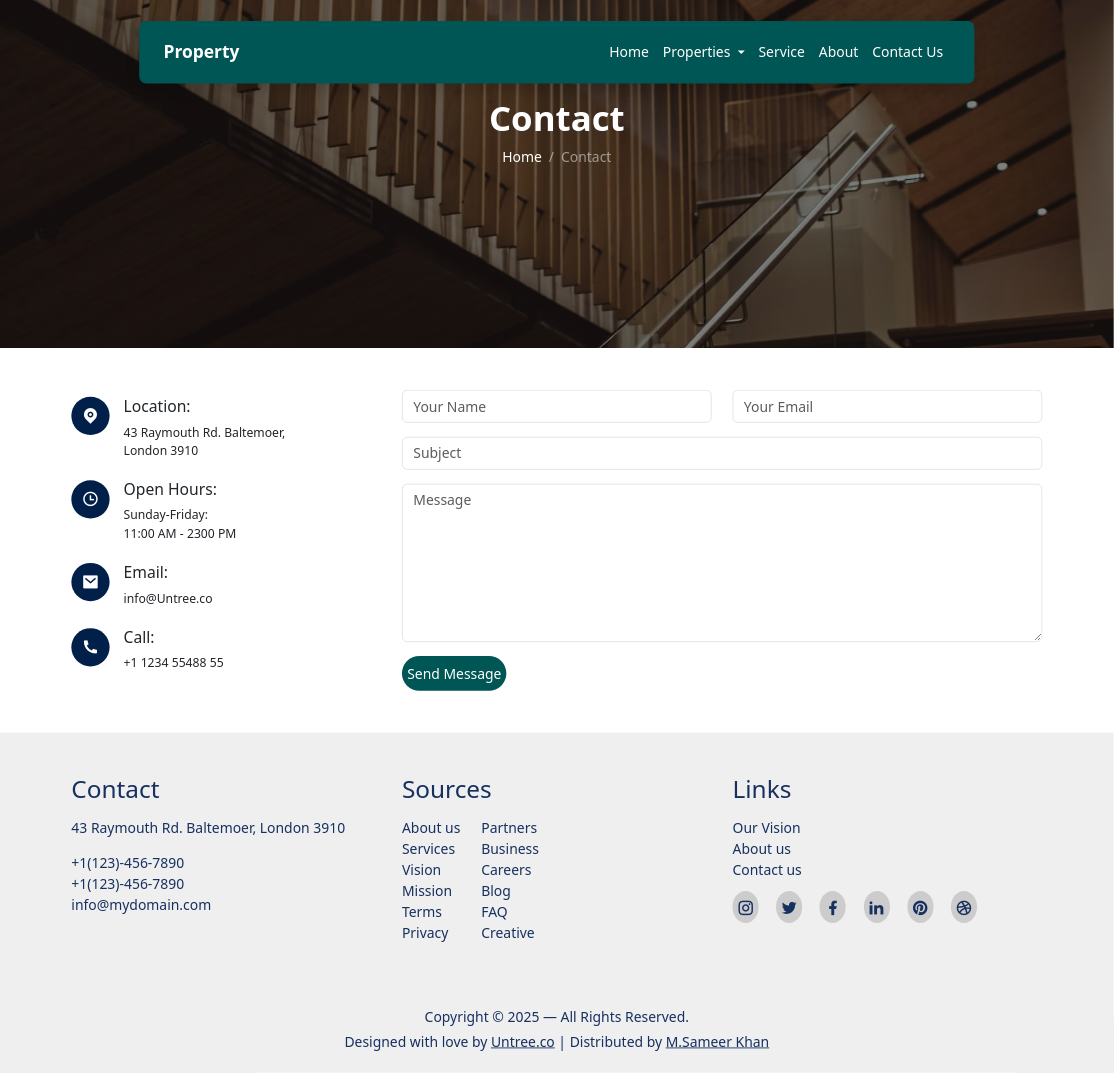
Repository: sameerrrrkhan911-git/Property
Page: contact.html
The author's editor kept a copy of each file at every save. The page is drawn from the files as they stood at one save, then again after the next save.
The browser window is 1280 px wide. The pictures show the whole page, at 87% of full size.
Some web libraries are served in a nearby version.

Above is the page before, as saved 2025-09-28 21:44:41.
Console error: TypeError: Cannot read properties of undefined (reading 'length')

### contact.html
<!DOCTYPE html>
<html lang="en">

<head>
    <meta charset="utf-8">
    <meta name="viewport" content="width=device-width, initial-scale=1">
    <title>Property</title>

    <!--====== LINKS ========-->
    <link href="https://cdn.jsdelivr.net/npm/bootstrap@5.3.8/dist/css/bootstrap.min.css" rel="stylesheet">
    <link
        href="https://fonts.googleapis.com/css2?family=Montserrat:wght@400;600&family=Open+Sans:wght@400;600&display=swap"
        rel="stylesheet">
    <link href="https://unpkg.com/aos@2.3.1/dist/aos.css" rel="stylesheet">
    <link href="https://cdn.jsdelivr.net/npm/remixicon@4.5.0/fonts/remixicon.css" rel="stylesheet">
    <link href="https://cdnjs.cloudflare.com/ajax/libs/tiny-slider/2.9.4/tiny-slider.css" rel="stylesheet">
    <link rel="stylesheet" href="assets/css/style2.css">
    <link rel="stylesheet" href="assets/css/style.css">

</head>

<body>

    <!--=====HEADER=====-->
    <header>
        <section id="Right-Step">
            <div class="bg-holder overlay overlay-elixir">
            </div>

            <!-- Navbar -->
            <nav
                class="navbar navbar-expand-lg green-color p-3 mt-4 sticky-top position-absolute top-0 start-50 translate-middle-x w-75 rounded-3 shadow">
                <div class="container-fluid">
                    <!-- Brand -->
                    <a class="navbar-brand text-white fw-bold" href="#">Property</a>

                    <!-- Toggler for Mobile -->
                    <button class="navbar-toggler bg-light" type="button">
                        <span class="navbar-toggler-icon"></span>
                    </button>

                    <!-- Navbar Links -->
                    <div class="collapse navbar-collapse" id="navbarNavDropdown">
                        <ul class="navbar-nav ms-auto">
                            <li class="nav-item">
                                <a class="nav-link text-white active" aria-current="page" href="index.html">Home</a>
                            </li>
                            <li class="nav-item dropdown">
                                <a class="nav-link dropdown-toggle text-white" href="#" role="button"
                                    data-bs-toggle="dropdown" aria-expanded="false">
                                    Properties
                                </a>
                                <ul class="dropdown-menu">
                                    <li><a class="dropdown-item" href="#">Action</a></li>
                                    <li><a class="dropdown-item" href="#">Another action</a></li>
                                    <li><a class="dropdown-item" href="#">Something else here</a></li>
                                </ul>
                            </li>
                            <li class="nav-item"><a class="nav-link text-white" href="service.html">Service</a></li>
                            <li class="nav-item"><a class="nav-link text-white" href="about.html">About</a></li>
                            <li class="nav-item"><a class="nav-link text-white" href="contact.html">Contact Us</a></li>
                        </ul>
                    </div>
                </div>
            </nav>

            <!--/.bg-holder-->
            <div class="forbg py-5">
                <div class="container">

                    <div class="row justify-content-center align-items-center">
                        <div class="col-lg-9 text-center mt-5">
                            <h1 class="heading aos-init aos-animate white mt-3 fw-bold" data-aos="fade-up">Contact</h1>

                            <nav aria-label="breadcrumb" data-aos="fade-up" data-aos-delay="200"
                                class="aos-init aos-animate">
                                <ol class="breadcrumb text-center justify-content-center">
                                    <li class="breadcrumb-item"><a href="index.html" style="color: white;">Home</a></li>
                                    <li class="ms-2 me-2 text-white-50" aria-current="page">
                                        /
                                    </li>
                                    <li class="breadcrumb-item active text-white-50" aria-current="page">
                                        Contact
                                    </li>
                                </ol>
                            </nav>
                        </div>
                    </div>
                </div>
            </div><!-- end of .container-->
        </section>
    </header>

    <!--====MAIN====-->

    <main>

<div class="section py">
      <div class="container">
        <div class="row py-5">
          <div class="col-lg-4 mb-5 mb-lg-0 aos-init aos-animate" data-aos="fade-up" data-aos-delay="100">
            <div class="contact-info">
              <div class="address mt-2">
               <i class="ri-map-pin-fill"></i>

                <h4 class="mb-2">Location:</h4>
                <p>
                  43 Raymouth Rd. Baltemoer,<br>
                  London 3910
                </p>
              </div>

              <div class="open-hours mt-4">
                <i class="ri-time-line"></i>
                <h4 class="mb-2">Open Hours:</h4>
                <p>
                  Sunday-Friday:<br>
                  11:00 AM - 2300 PM
                </p>
              </div>

              <div class="email mt-4">
               <i class="ri-mail-fill"></i>
                <h4 class="mb-2">Email:</h4>
                <p>info@Untree.co</p>
              </div>

              <div class="phone mt-4">
                <i class="ri-phone-fill"></i>
                <h4 class="mb-2">Call:</h4>
                <p>+1 1234 55488 55</p>
              </div>
            </div>
          </div>
          <div class="col-lg-8 aos-init aos-animate" data-aos="fade-up" data-aos-delay="200">
            <form action="#">
              <div class="row">
                <div class="col-6 mb-3">
                  <input type="text" class="form-control" placeholder="Your Name">
                </div>
                <div class="col-6 mb-3">
                  <input type="email" class="form-control" placeholder="Your Email">
                </div>
                <div class="col-12 mb-3">
                  <input type="text" class="form-control" placeholder="Subject">
                </div>
                <div class="col-12 mb-3">
                  <textarea name="" id="" cols="30" rows="7" class="form-control" placeholder="Message"></textarea>
                </div>

                <div class="col-12">
                  <input type="submit" value="Send Message" class="green-color rounded-pill border-0 white py-2">
                </div>
              </div>
            </form>
          </div>
        </div>
      </div>
    </div>

    </main>

    <!-- FOOTER -->
    <footer class="greyy py-5 pb-4 grey">

        <div class="container">
            <div class="row">

                <!-- Contact -->
                <div class="col-lg-4 col-md-6 mb-4">
                    <h3 class="mb-3 font-color">Contact</h3>
                    <address class="mb-3 font-color">43 Raymouth Rd. Baltemoer, London 3910</address>
                    <ul class="list-unstyled">
                        <li><a href="tel://11234567890" class=" text-decoration-none"
                                style="color: #163060;">+1(123)-456-7890</a></li>
                        <li><a href="tel://11234567890" class=" text-decoration-none"
                                style="color: #163060;">+1(123)-456-7890</a></li>
                        <li><a href="mailto:info@mydomain.com" class=" text-decoration-none"
                                style="color: #163060;">info@mydomain.com</a></li>
                    </ul>
                </div>

                <!-- Sources -->
                <div class="col-lg-4 col-md-6 mb-4">
                    <h3 class="mb-3 font-color">Sources</h3>
                    <div class="d-flex">
                        <ul class="list-unstyled me-4">
                            <li><a href="#" class="font-color text-decoration-none">About us</a></li>
                            <li><a href="#" class="font-color text-decoration-none">Services</a></li>
                            <li><a href="#" class="font-color text-decoration-none">Vision</a></li>
                            <li><a href="#" class="font-color text-decoration-none">Mission</a></li>
                            <li><a href="#" class="font-color text-decoration-none">Terms</a></li>
                            <li><a href="#" class="font-color text-decoration-none">Privacy</a></li>
                        </ul>
                        <ul class="list-unstyled">
                            <li><a href="#" class="font-color text-decoration-none">Partners</a></li>
                            <li><a href="#" class="font-color text-decoration-none">Business</a></li>
                            <li><a href="#" class="font-color text-decoration-none">Careers</a></li>
                            <li><a href="#" class="font-color text-decoration-none">Blog</a></li>
                            <li><a href="#" class="font-color text-decoration-none">FAQ</a></li>
                            <li><a href="#" class="font-color text-decoration-none">Creative</a></li>
                        </ul>
                    </div>
                </div>

                <!-- Links & Social -->
                <div class="col-lg-4 col-md-12 mb-4">
                    <h3 class="mb-3 font-color">Links</h3>
                    <ul class="list-unstyled">
                        <li><a href="#" class="font-color text-decoration-none">Our Vision</a></li>
                        <li><a href="#" class="font-color text-decoration-none">About us</a></li>
                        <li><a href="#" class="font-color text-decoration-none">Contact us</a></li>
                    </ul>

                    <!-- Social icons -->
                    <div class="mt-3">
                        <a href="#" class="font-color me-3 fs-5 roundd text-color dark-grey"><i
                                class="ri-instagram-line"></i></a>
                        <a href="#" class="font-color me-3 fs-5 roundd dark-grey"><i class="ri-twitter-fill"></i></a>
                        <a href="#" class="font-color me-3 fs-5 roundd dark-grey"><i class="ri-facebook-fill"></i></a>
                        <a href="#" class="font-color me-3 fs-5 roundd dark-grey"><i class="ri-linkedin-fill"></i></a>
                        <a href="#" class="font-color me-3 fs-5 roundd dark-grey"><i class="ri-pinterest-fill"></i></a>
                        <a href="#" class="font-color fs-5 roundd dark-grey"><i class="ri-dribbble-line"></i></a>
                    </div>
                </div>

            </div>

            <hr class="border-light">

            <!-- Copyright -->
            <div class="row">
                <div class="col-12 text-center">
                    <p class="mb-1 font-color">
                        Copyright ©
                        <script>document.write(new Date().getFullYear());</script> — All Rights Reserved.
                    </p>
                    <p class="mb-0 font-color">
                        Designed with love by <a href="https://untree.co"
                            class="font-color text-decoration-underline">Untree.co</a>
                        | Distributed by <a href="https://themewagon.com/" target="_blank"
                            class="font-color text-decoration-underline">M.Sameer Khan</a>
                    </p>
                </div>
            </div>

        </div>

    </footer>

    <!-- Bootstrap JS -->
    <script src="https://cdn.jsdelivr.net/npm/bootstrap@5.3.8/dist/js/bootstrap.bundle.min.js"></script>
    <!-- AOS JS -->
    <script src="https://unpkg.com/aos@2.3.1/dist/aos.js"></script>

    <script>
        AOS.init({
            duration: 1000,
            once: true
        });
    </script>

    <script src="https://cdnjs.cloudflare.com/ajax/libs/tiny-slider/2.9.4/min/tiny-slider.js"></script>

    <script>
        var slider = tns({
            container: '.property-slider',
            items: 3,
            slideBy: 1,
            autoplay: false,
            controls: true,
            nav: false,
            gutter: 20,
            controlsContainer: '.slider-controls',
            prevButton: '.prev',
            nextButton: '.next',
            responsive: {
                0: { items: 1 },
                768: { items: 2 },
                1200: { items: 3 }
            }
        });
    </script>

</body>

</html>

### assets/css/style.css
/* ==============================
   Root Variables
=================================*/
:root {
  --green-color: #005555;
   --heading-color: #2a3855;
}

.green-color {
  background-color: var(--green-color);
}

.green{
  color: var(--green-color);
}

.black{
  color: black;
}

.para{
  text-align: left;
}

.heading-color{
  color: var(--heading-color);
}

.z-9 {
  z-index: 9 !important;
}

.white {
  color: white;
}

.green-line{
   height: 2px;
  width: 120px;
 background-color: var(--green-color);
 margin-bottom: 10px;
}

.black-line{
   height: 2px;
  width: 80px;
 background-color: black;
 margin: 10px auto;
}

.white-bg{
  background-color: white;
}

.fs-6{
  font-size: 5px;
}

.marginn{
  margin-bottom: 30px;
}

.a{
  text-decoration: none;
}


.dark-grey{
  background-color: #cccccc;
}

.text-color{
  color: #909ba6;
}
/* ==============================
Header
=================================*/


/* Hero background */
.hero-header {
  background-image: url("../images/hero_bg_3.jpg") !important;
  background-repeat: no-repeat;
  background-position: center center;
  background-size: cover;
  min-height: 100vh;
  position: relative;
  display: flex;
  align-items: center;
}



/* Overlay */
.hero-header::before {
  content: "";
  position: absolute;
  top: 0;
  left: 0;
  width: 100%;
  height: 100%;
  background: rgba(0, 0, 0, 0.5);
  z-index: 0;
}

/* Keep hero text above overlay */
.hero {
  position: relative;
  z-index: 1;
}

/* White text */
.white {
  color: #fff !important;
}

/* Responsive adjustments */
@media (max-width: 768px) {
  nav.navbar {
    width: 90% !important;
    margin-top: 1rem !important;
    padding: 0.75rem 1rem !important;
  }

  .hero h1 {
    font-size: 1.75rem;
    line-height: 1.3;
  }

  .hero form {
    flex-direction: column !important;
    gap: 0.75rem;
  }

  .hero input {
    width: 100% !important;
  }

  .hero button {
    width: 100% !important;
  }
}

@media (max-width: 576px) {
  .hero h1 {
    font-size: 1.5rem;
  }
}

/* Popular properties */

.property-slider {
  overflow: hidden;
}

.property-item {
  background: #fff;
  border-radius: 8px;
  overflow: hidden;
}

.property-content {
  background: #fff;
  border-radius: 8px;
}

/* Features */

.features-1 {
    padding-top: 30px;
    position: relative;
    z-index: 8;
    text-align: center;
    background-color: rgba(0, 32, 74, 0.05);
}

/* ==========================
   Testimonials Section
========================== */

.sec-testimonials .heading {
  font-size: 2rem;
  font-weight: 700;
}

/* Prev/Next buttons */
#testimonial-nav {
  display: flex;
  gap: 10px;
}

#testimonial-nav span {
  cursor: pointer;
  font-size: 14px;
  color: #002855;
  background: #e9ecef;
  padding: 6px 14px;
  border-radius: 20px;
  transition: all 0.3s ease;
}

#testimonial-nav span:hover {
  background: #002855;
  color: #fff;
}

/* Testimonials layout */
.testimonial-slider {
  display: grid;
  grid-template-columns: repeat(auto-fit, minmax(300px, 1fr));
  gap: 40px;
  margin-top: 30px;
  text-align: center;
}

.testimonial {
  padding: 20px;
}

.testimonial img {
  width: 90px;
  height: 90px;
  object-fit: cover;
  margin-bottom: 15px;
  border: 3px solid #ddd;
}

.testimonial .rate {
  margin: 10px 0;
  font-size: 16px;
  color: #f1c40f;
}

.testimonial h3 {
  margin-bottom: 10px;
  font-size: 1.1rem;
  font-weight: 600;
}

.testimonial blockquote {
  font-style: italic;
  font-size: 0.95rem;
  color: #555;
  margin: 10px 0 15px;
}

.greyy{
  background-color: #efefef;
}

.testimonial p.text-muted {
  font-size: 0.85rem;
  color: #888;
}

.img-fluid {
   max-width: 100%;
    height: auto;
}

/* Call To Action */
.footer-cta {
  background: white ;
  padding: 50px;
}

.footer-cta .btn-primary {
  border-radius: 30px;
  font-size: 1.1rem;
  transition: all 0.3s ease;
}

.footer-cta .btn-primary:hover {
  background: #003f3f;
  transform: translateY(-3px);
  box-shadow: 0 6px 15px rgba(0,0,0,0.2);
}

/* Our Agents */
.section_1{
  background-color: #f8f9fa;
}

/* Agent Card */
.person {
  background: #fff;
  border-radius: 12px;
  padding: 60px 20px 30px;
  text-align: center;
  position: relative;
  box-shadow: 0 4px 20px rgba(0,0,0,0.05);
  transition: all 0.3s ease;
}

.person:hover {
  transform: translateY(-8px);
  box-shadow: 0 12px 30px rgba(0,0,0,0.1);
}

/* Profile Image */
.person img {
  width: 100px;
  height: 100px;
  object-fit: cover;
  border-radius: 50%;
  position: absolute;
  top: -50px;
  left: 50%;
  transform: translateX(-50%);
}

/* Text styling */
.person-contents h2 {
  margin-top: 60px;
  font-size: 1.2rem;
  font-weight: 600;
}

.person-contents .meta {
  font-size: 0.9rem;
  color: #6c757d;
  margin-bottom: 15px;
}

.person-contents p {
  font-size: 0.95rem;
  color: #555;
  margin-bottom: 20px;
}

/* Social icons */
.social a {
  display: inline-flex;
  justify-content: center;
  align-items: center;
  width: 40px;
  height: 40px;
  margin: 0 5px;
  border-radius: 50%;
  background: #002855;
  color: #fff;
  transition: all 0.3s ease;
  text-decoration: none;
}

.social a:hover {
  background: #005555;
}

h2 a {
  color: #000;
  text-decoration: none;
}

.roundd{

  border-radius: 50%;
  text-decoration: none;
  padding: 5px;
}

.font-color{
 color: #163060;
}

.forbg {
    height: 400px;
    background: linear-gradient(to bottom, rgba(0, 0, 0, 0.5), rgba(0, 0, 0, 0.5)), url(../images/hero_bg_1.jpg);
    background-size: cover;
    background-position: center;
}

a{
  text-decoration: none;
}

.contact-info i {
    font-size: 20px;
    float: left;
    width: 44px;
    height: 44px;
    background: #00204a;
    display: -webkit-box;
    display: -ms-flexbox;
    display: flex
;
    -webkit-box-pack: center;
    -ms-flex-pack: center;
    justify-content: center;
    -webkit-box-align: center;
    -ms-flex-align: center;
    align-items: center;
    border-radius: 50px;
    -webkit-transition: all 0.3s;
    -o-transition: all 0.3s;
    transition: all 0.3s;
    color: #fff;
}

.contact-info i {
  font-size: 20px;
  float: left;
  width: 44px;
  height: 44px;
  background: #00204a;
  display: -webkit-box;
  display: -ms-flexbox;
  display: flex;
  -webkit-box-pack: center;
  -ms-flex-pack: center;
  justify-content: center;
  -webkit-box-align: center;
  -ms-flex-align: center;
  align-items: center;
  border-radius: 50px;
  -webkit-transition: all 0.3s;
  -o-transition: all 0.3s;
  transition: all 0.3s;
  color: #fff; }

.contact-info h4, .contact-info .h4 {
  font-size: 18px;
  padding: 0 0 0 60px; }

.contact-info p {
  padding: 0 0 0 60px;
  margin-bottom: 0;
  font-size: 14px; }

Loaded but not shown: assets/css/style2.css (library)

After the next save:
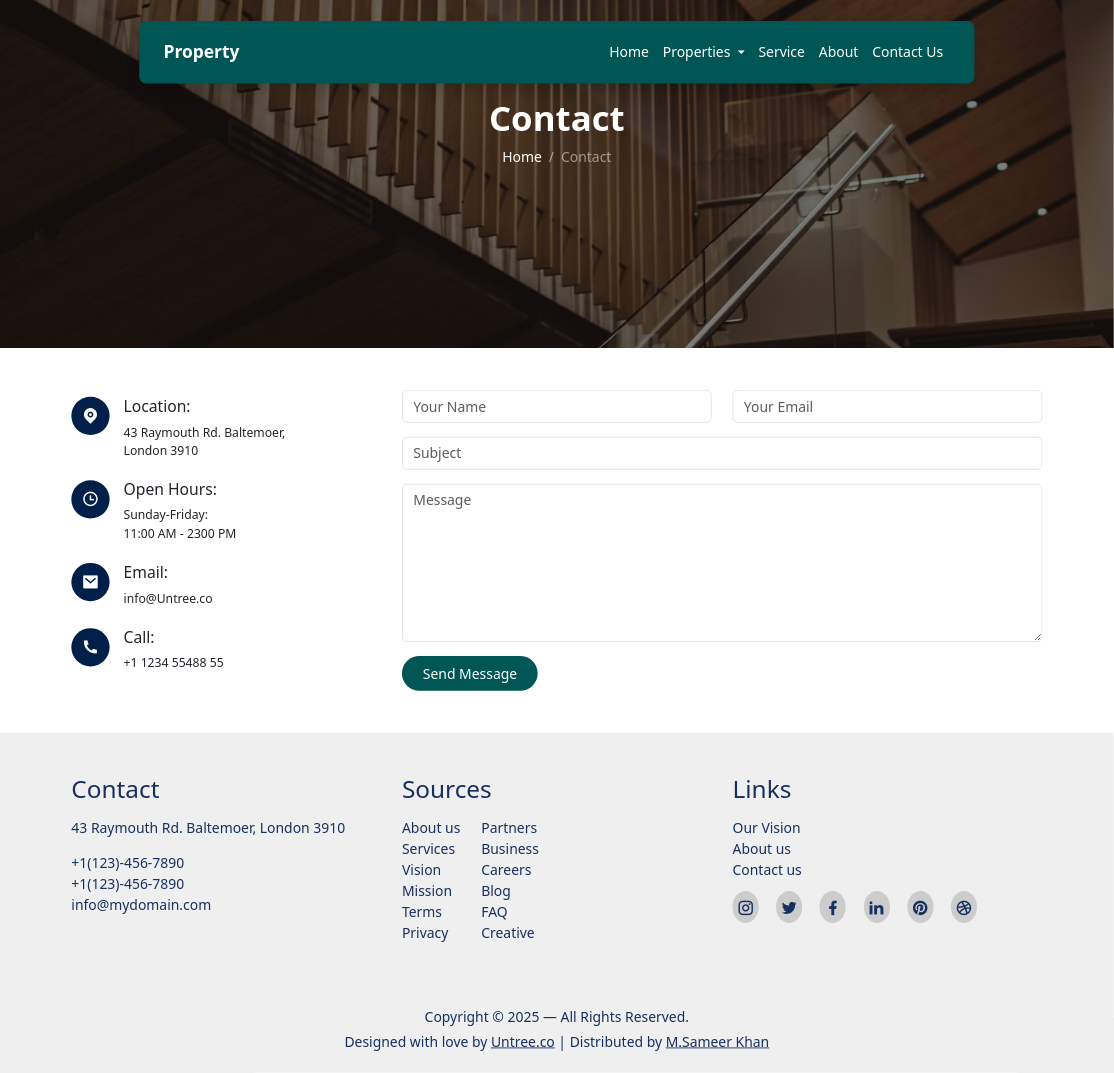
Saved 5 s later.
--- a/contact.html
+++ b/contact.html
@@ -149,7 +149,7 @@
                 </div>
 
                 <div class="col-12">
-                  <input type="submit" value="Send Message" class="green-color rounded-pill border-0 white py-2">
+                  <input type="submit" value="Send Message" class="green-color rounded-pill border-0 white py-2 px-4">
                 </div>
               </div>
             </form>
